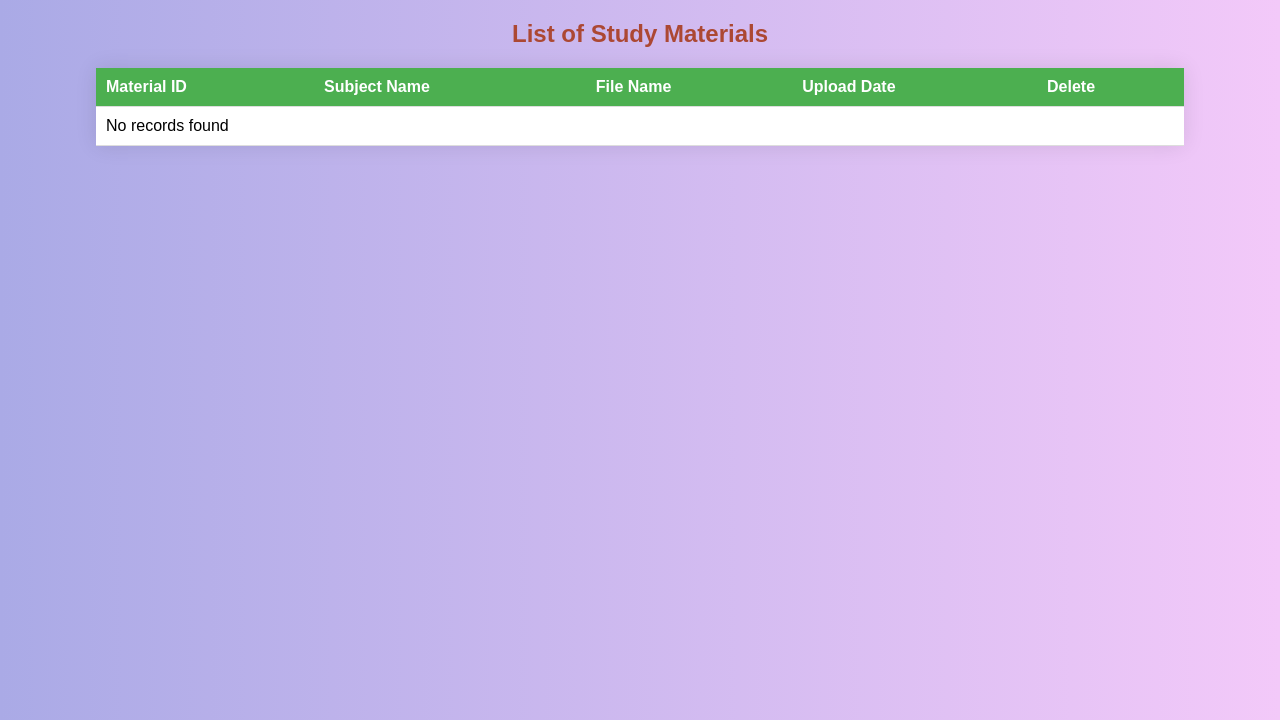
Repository: Acharya-Keerthana/Education
Page: http://localhost/education/third_sem/COD.php
These files come from the project's save history. The page is drawn as it stood at one moment and after the next save; the edit follows.
The browser window is 1280 px wide. The pictures show the whole page.
The page is run by PHP 8.4 with error messages shown; the project is at /var/www/html/. Queries for data that is not in the repository find no rows.

Above is the page before, as saved 2024-04-16 19:12:50.

After the next save:
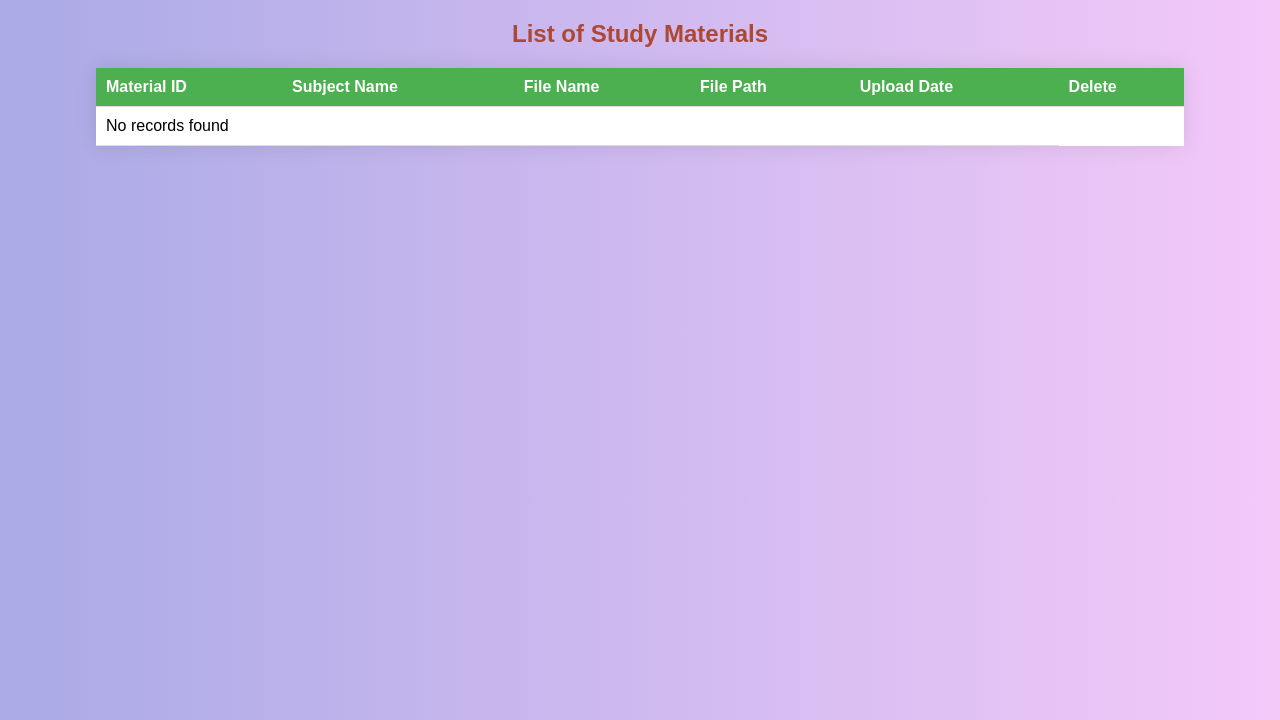
Saved 3 min 58 s later.
--- a/third_sem/COD.php
+++ b/third_sem/COD.php
@@ -11,6 +11,7 @@
                 <th>Material ID</th>
                 <th>Subject Name</th>
                 <th>File Name</th>
+                <th>File Path</th>
                 <th>Upload Date</th>
                 <th>Delete</th>
             </tr>
